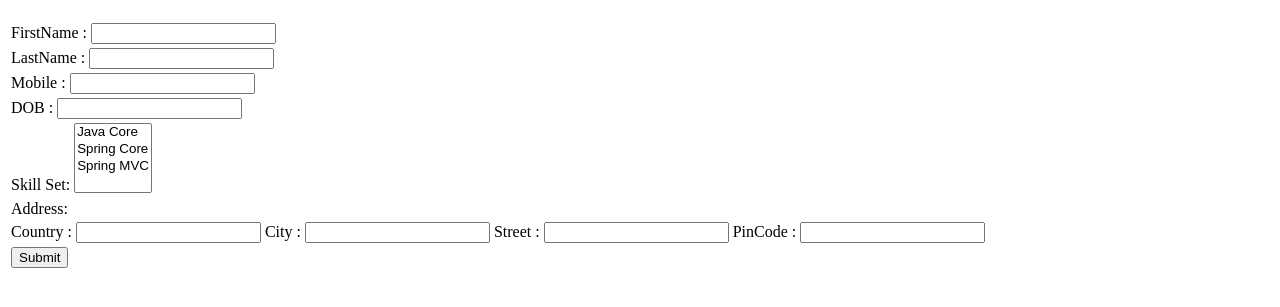
Repository: akashbadave7/SpringMVC
Page: http://localhost/SpringDemo/WEB-INF/jsp/form.jsp
These files come from the project's save history. The page is drawn as it stood at one moment and after the next save; the edit follows.
The browser window is 1280 px wide. The pictures show the whole page.
The page is served by Tomcat 9. Nobody is signed in. The template is opened directly, without the code that normally fills it, so the values that code supplies are empty.

Above is the page before, as saved 2017-11-04 07:49:27.

After the next save:
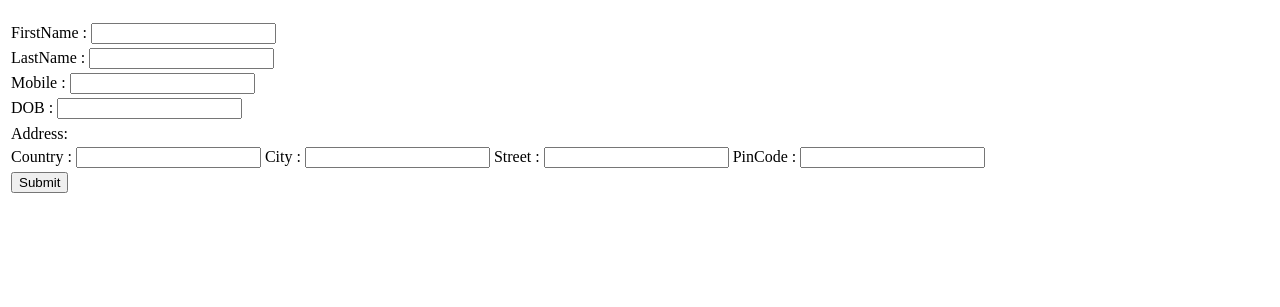
Saved 8 s later.
--- a/SpringDemo/src/main/webapp/WEB-INF/jsp/form.jsp
+++ b/SpringDemo/src/main/webapp/WEB-INF/jsp/form.jsp
@@ -23,13 +23,13 @@
 	<tr>
 		<td>DOB			: <input type="text" name="dob"><br></td>
 	</tr>
-	<tr>
+	<!-- <tr>
 		<td>Skill Set: <select name="skill" multiple>
 					<option value="Java Core">Java Core</option>
 					<option value="Spring Core">Spring Core</option>
 					<option value="Spring MVC">Spring MVC</option>
 					</select></td>
-	</tr>
+	</tr>	 -->
 	</table>
 	<table>
 		<tr><td>Address: </td></tr>
